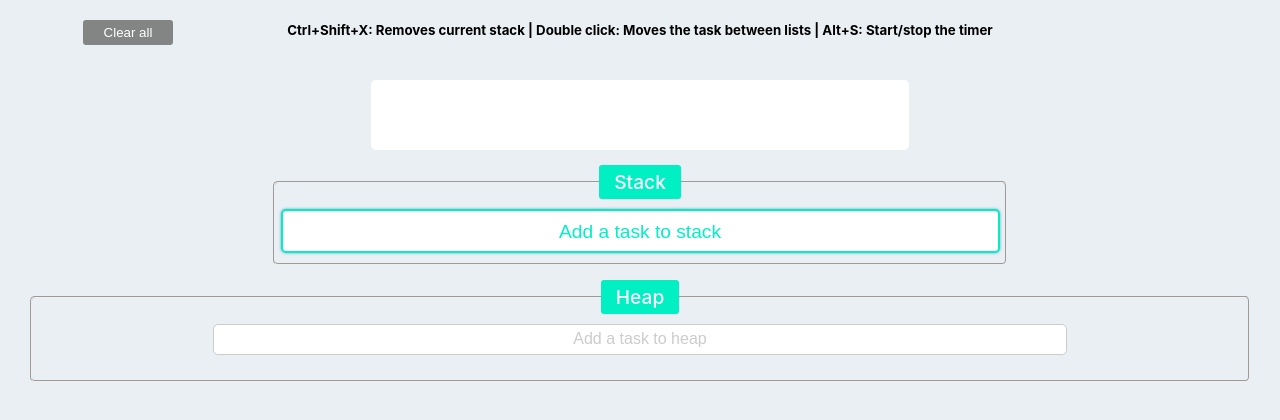
Repository: litalsh/meeting_v1
Page: /
An editor plug-in stored every save of this project. The page is shown before and after a run of saves, followed by the edit.
The browser window is 1280 px wide. The pictures show the whole page.
The project was rebuilt for these pictures with package versions that can differ from the ones it lists, and the page was loaded fresh each time. Also part of the build but not shown: src/Task.js.

Above is the page before, as saved 2020-12-15 19:01:35.

After the next 2 saves:
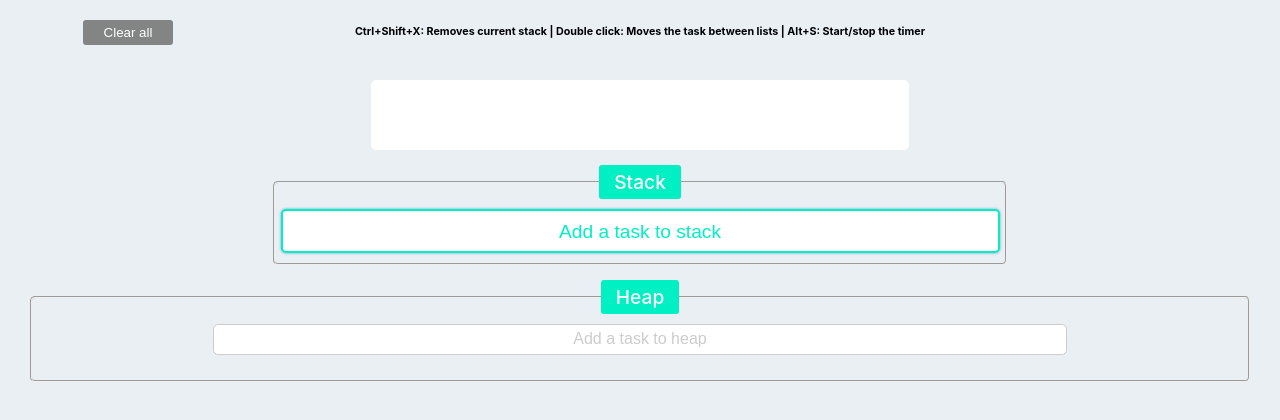
The 2 saves are shown as one change because they came seconds apart.
The last was saved 15 s later.
--- a/src/App.js
+++ b/src/App.js
@@ -164,7 +164,7 @@
   return (
     <div className="container">
       <button className='clear-btn' onClick={() => clearListsHandler()}>Clear all</button>
-      <h5 className="instructions">Ctrl+Shift+X: Removes current stack  |  Double click: Moves the task between lists  |  Alt+S: Start/stop the timer</h5>
+      <h6 className="instructions">Ctrl+Shift+X: Removes current stack  |  Double click: Moves the task between lists  |  Alt+S: Start/stop the timer</h6>
       {stack[0] !== undefined ?  <h3 className="timer">{minutes}:{seconds}</h3> : null}
       <div className="current-task">
         <h1>{stack[0] !== undefined ? stack[stack.length - 1].topic : null}</h1>

After the save that followed:
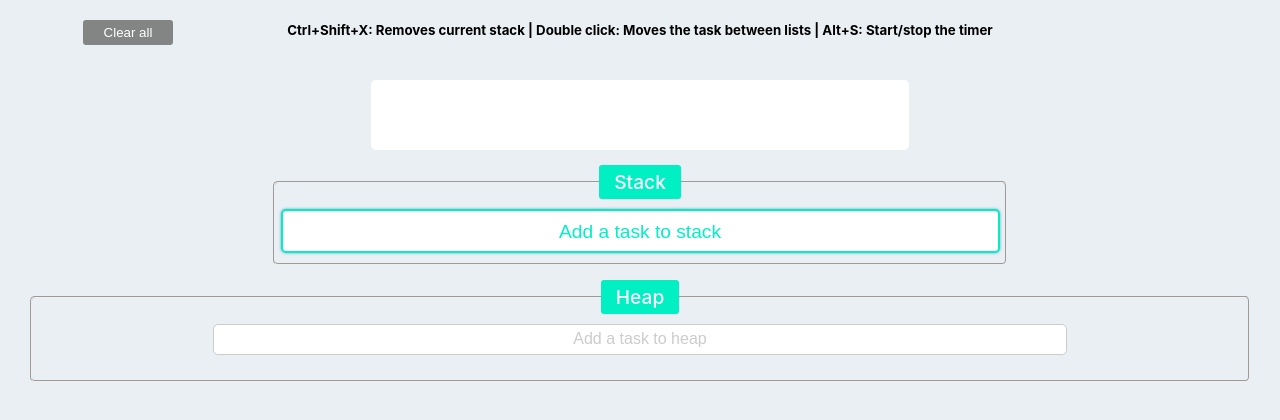
Saved 11 s later.
--- a/src/App.js
+++ b/src/App.js
@@ -164,7 +164,7 @@
   return (
     <div className="container">
       <button className='clear-btn' onClick={() => clearListsHandler()}>Clear all</button>
-      <h6 className="instructions">Ctrl+Shift+X: Removes current stack  |  Double click: Moves the task between lists  |  Alt+S: Start/stop the timer</h6>
+      <h5 className="instructions">Ctrl+Shift+X: Removes current stack  |  Double click: Moves the task between lists  |  Alt+S: Start/stop the timer</h5>
       {stack[0] !== undefined ?  <h3 className="timer">{minutes}:{seconds}</h3> : null}
       <div className="current-task">
         <h1>{stack[0] !== undefined ? stack[stack.length - 1].topic : null}</h1>
